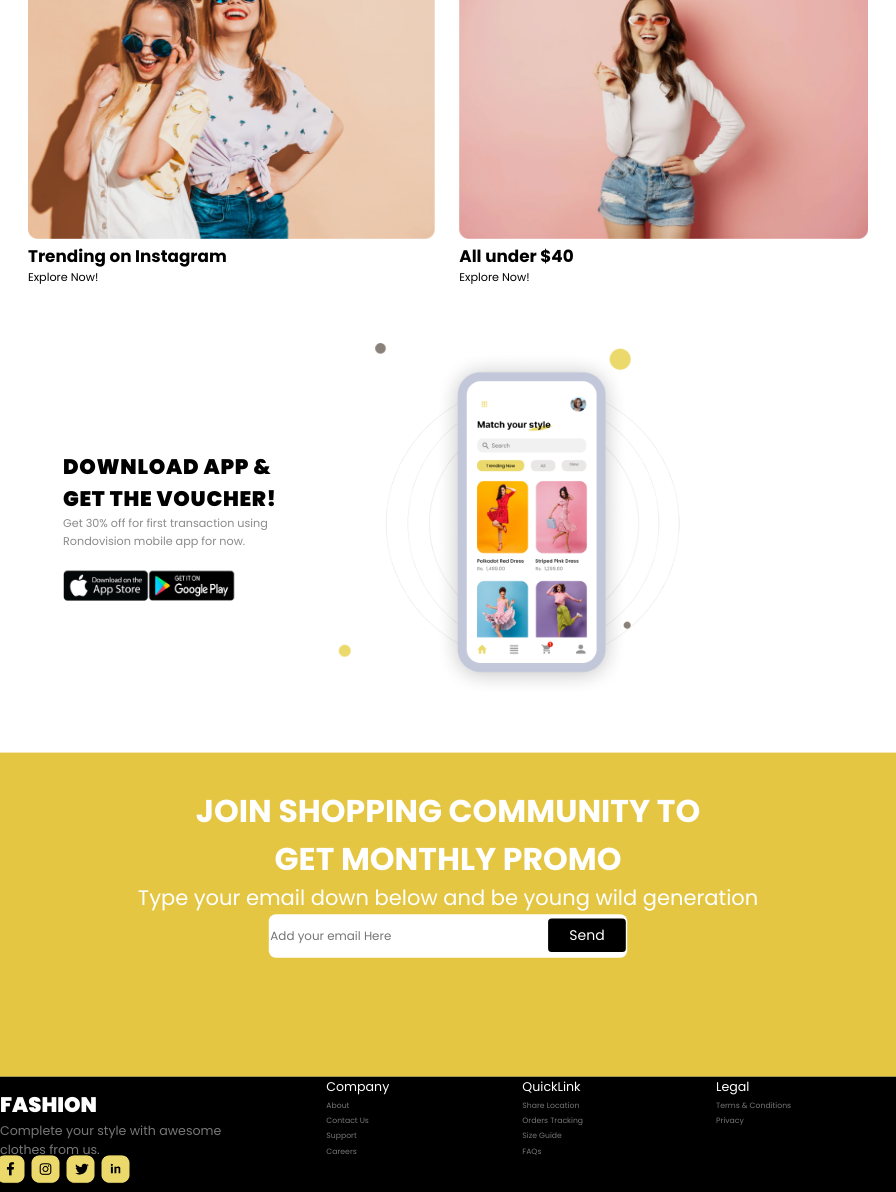
Repository: isaacCodes1/FashionWebsite
Page: index.html
The author's editor kept a copy of each file at every save. The page is drawn from the files as they stood at one save, then again after a run of saves.
The browser window is 1280 px wide. The pictures show the part of the page from y = 2493 to 4413 px (the page is 4196 px tall before and 4413 px after), at 70% of full size.

Above is the page before, as saved 2024-03-14 10:56:27.

After the next 4 saves:
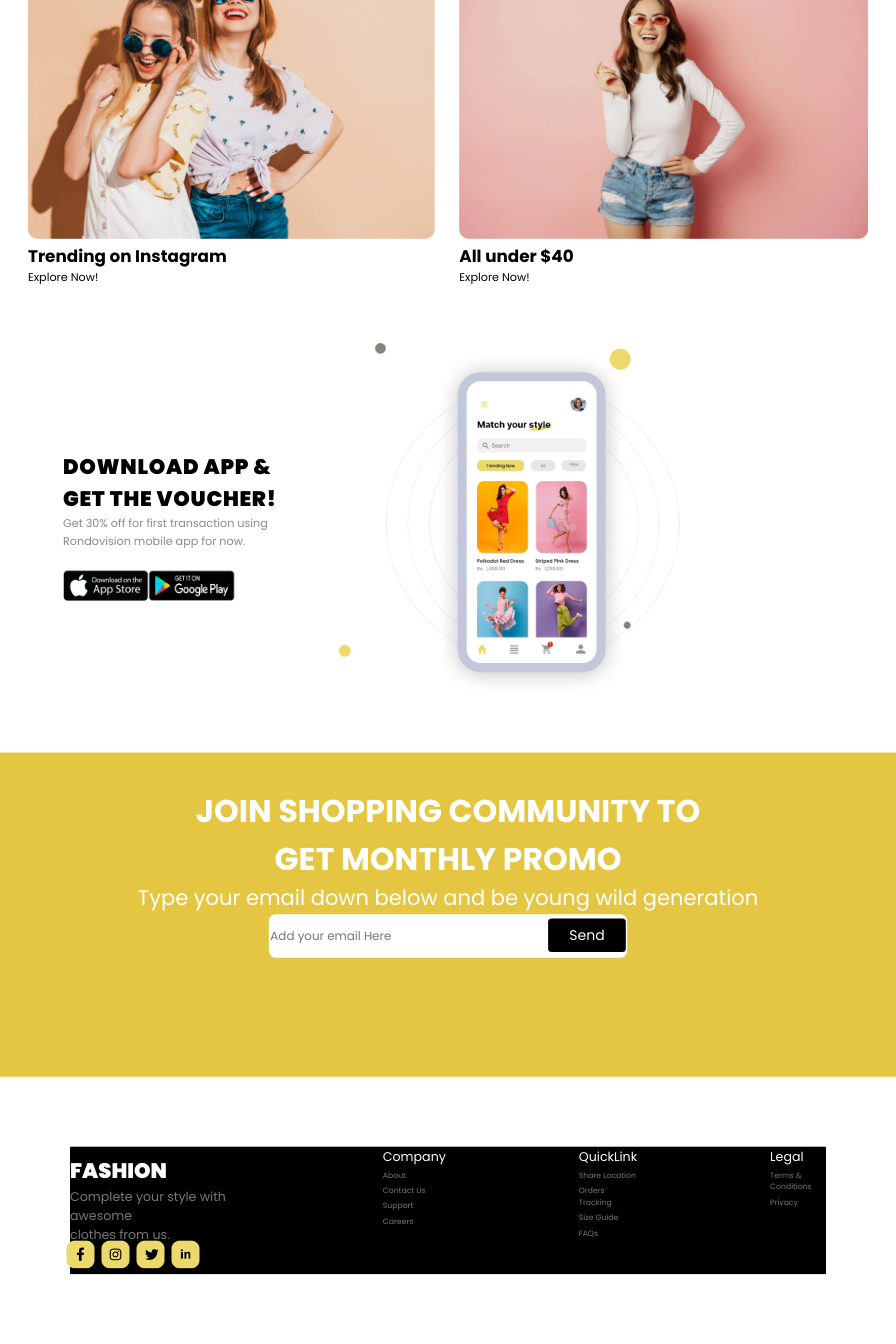
The 4 saves are shown as one change because they came seconds apart.
The last was saved 11 s later.
--- a/style.css
+++ b/style.css
@@ -520,7 +520,9 @@
 .footTxt p {
   padding-bottom: 40px;
 } */
-.foot
+.foot {
+  padding: 100px;
+}
 .footTxt h1 {
   color: #fff;
   font-size: 30px;

After the save that followed:
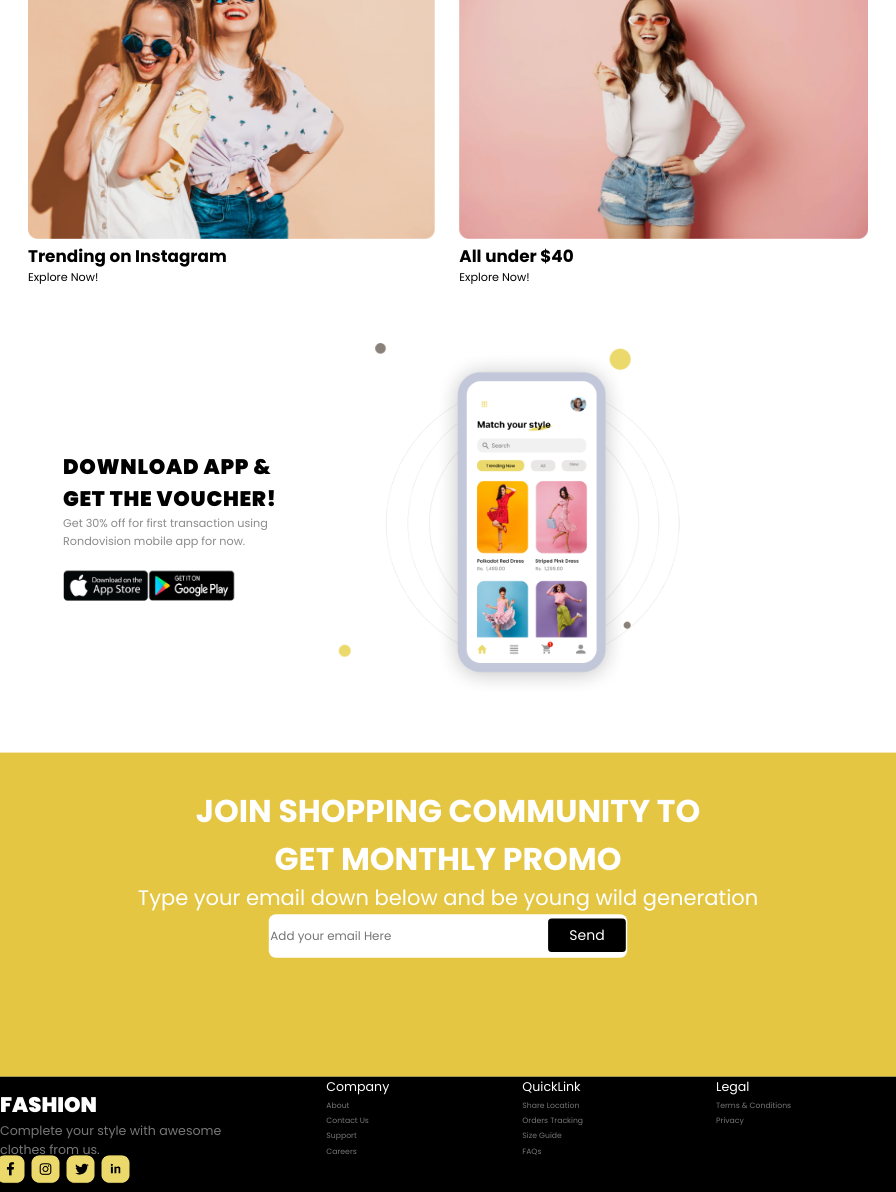
Saved 17 s later.
--- a/style.css
+++ b/style.css
@@ -521,7 +521,7 @@
   padding-bottom: 40px;
 } */
 .foot {
-  padding: 100px;
+
 }
 .footTxt h1 {
   color: #fff;
